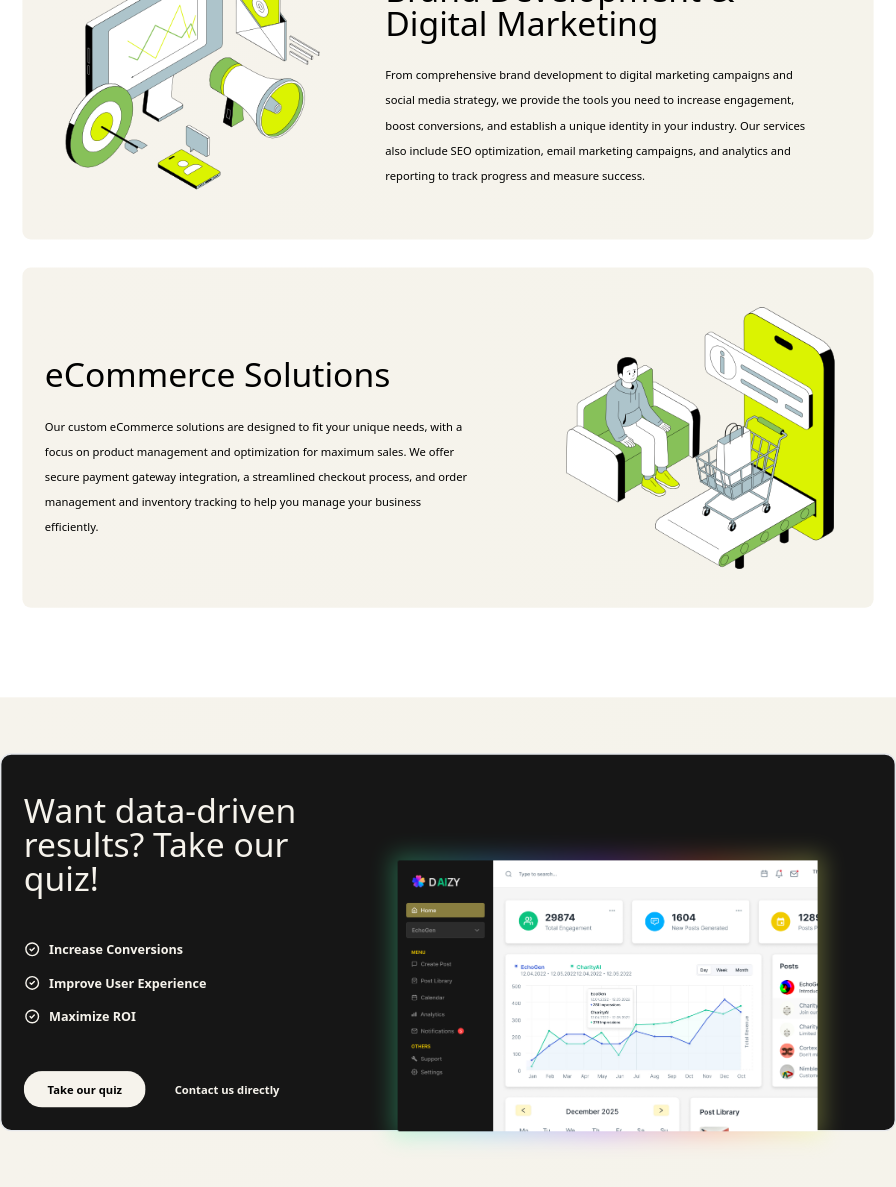
Repository: ornelasedward/mired_website
Page: /
These files come from the project's save history. The page is drawn as it stood at one moment and after the next save; the edit follows.
The browser window is 1280 px wide. The pictures show the part of the page from y = 2833 to 4753 px (the page is 4529 px tall before and 4753 px after), at 70% of full size.
The project was rebuilt for these pictures with package versions that can differ from the ones it lists, and the page was loaded fresh each time. The framework's server and built-in components were replaced by stand-ins that run in the browser. Also part of the build but not shown: next.config.js.

Above is the page before, as saved 2023-03-30 19:22:19.

### app/layout.tsx
import "./globals.css";

export const metadata = {
  title: "Mired",
  description: "Web design and development services",
};

export default function RootLayout({
  children,
}: {
  children: React.ReactNode;
}) {
  return (
    <html lang="en" className="bg-gradient-to-r from-[#F6F3EC] to-[#F5F3EB]">
      <body>{children}</body>
    </html>
  );
}

### app/page.tsx
import Header from "@/components/Header";
import Hero from "@/components/Hero";
import Services from "@/components/Services";
import CTA from "@/components/CTA";
import { Inter } from "next/font/google";
import Testimonial from "@/components/Testimonials";
import FAQ from "@/components/FAQ";
import Contact from "@/components/Contact";
import Footer from "@/components/Footer";

const inter = Inter({ subsets: ["latin"] });

export default function Home() {
  return (
    <main>
      <Hero />
      <Header />
      <Services />
      <CTA />
      {/* <Testimonial />
      <FAQ />
      <Contact />
      <Footer /> */}
    </main>
  );
}

### components/Header.tsx
export default function Header() {
  return (
    <section className="py-12 overflow-hidden sm:py-16 lg:py-20 xl:py-24">
      <div className="px-4 mx-auto max-w-7xl sm:px-6 lg:px-8">
        <div className="grid max-w-6xl grid-cols-1 mx-auto gap-y-12 lg:grid-cols-2 lg:gap-x-16 xl:gap-x-24">
          <div className="relative flex flex-col justify-between max-w-lg lg:py-12 lg:max-w-none">
            <div className="flex-1">
              <p className="text-sm font-normal tracking-widest uppercase">
                <span className="text-transparent bg-clip-text bg-gradient-to-r from-cyan-500 to-purple-500">
                  {" "}
                  Have a project in mind?{" "}
                </span>
              </p>
            </div>

            <div className="mt-6 lg:mt-auto">
              <h2 className="text-3xl font-normal text-black sm:text-4xl lg:text-5xl xl:text-6xl">
                We are dedicated to crafting websites that convert visitors into
                customers.
              </h2>
              <p className="mt-4 text-base font-normal text-black lg:max-w-xs sm:text-lg sm:mt-6">
                Sign up for a free consultation today and let our experts help
                you create a modern web design that focuses on increasing
                conversions and enhancing user experiences.
              </p>
            </div>
          </div>

          <div className="relative flex items-center justify-center">
            <div className="absolute right-1/4 transform translate-x-4 -translate-y-1/2 top-1/2 bg-gradient-to-br from-[#F7BE08] to-[#55F5A3] w-full h-full blur-2xl opacity-40" />

            <div className="relative overflow-hidden bg-white rounded-xl">
              <div className="p-6 sm:py-8 sm:px-9">
                <p className="text-xl font-normal text-black">
                  Let us know about your business & we will be in contact to
                  help you grow your business.
                </p>

                <form action="#" method="POST" className="mt-8 space-y-4">
                  <div>
                    <label for="" className="sr-only">
                      {" "}
                      Full name{" "}
                    </label>
                    <div>
                      <input
                        type="text"
                        name=""
                        id=""
                        placeholder="First & Last name"
                        className="block w-full px-5 py-4 text-base text-black placeholder-gray-500 bg-gray-200 rounded-md focus:border-black focus:ring-1 focus:ring-black"
                      />
                    </div>
                  </div>

                  <div>
                    <label for="" className="sr-only">
                      {" "}
                      Email address{" "}
                    </label>
                    <div>
                      <input
                        type="email"
                        name=""
                        id=""
                        placeholder="Email address"
                        className="block w-full px-5 py-4 text-base text-black placeholder-gray-500 bg-gray-200 rounded-md focus:border-black focus:ring-1 focus:ring-black"
                      />
                    </div>
                  </div>

                  <div>
                    <label for="" className="sr-only">
                      {" "}
                      Phone number{" "}
                    </label>
                    <div>
                      <input
                        type="tel"
                        name=""
                        id=""
                        placeholder="Phone number"
                        className="block w-full px-5 py-4 text-base text-black placeholder-gray-500 bg-gray-200 rounded-md focus:border-black focus:ring-1 focus:ring-black"
                      />
                    </div>
                  </div>

                  <div>
                    <label for="" className="sr-only">
                      {" "}
                      Message{" "}
                    </label>
                    <div>
                      <textarea
                        name=""
                        id=""
                        placeholder="Write your message"
                        rows="4"
                        className="block w-full px-5 py-4 text-base text-black placeholder-gray-500 bg-gray-200 rounded-md focus:border-black focus:ring-1 focus:ring-black"
                      ></textarea>
                    </div>
                  </div>

                  <div>
                    <div className="relative inline-flex mt-2 group">
                      <div className="absolute transition-all duration-200 rounded-[2rem] -inset-px bg-gradient-to-r from-cyan-500 to-purple-500 group-hover:shadow-lg group-hover:shadow-cyan-500/50"></div>
                      <button
                        type="button"
                        className="relative inline-flex items-center justify-center px-8 py-3 text-base font-normal text-white bg-black border border-transparent rounded-[2rem]"
                        role="button"
                      >
                        Send Message
                      </button>
                    </div>
                  </div>
                </form>
              </div>
            </div>
          </div>
        </div>
      </div>
    </section>
  );
}

### components/Services.tsx
import Image from "next/image";
import Laptop from "../images/Laptop.png";
import Ecom from "../images/Ecom.png";
import Marketing from "../images/Marketing.png";

export default function Services() {
  return (
    <div className="bg-white">
      <div className="relative px-4 mx-auto sm:px-6 lg:px-8 max-w-7xl">
        <div className="grid grid-cols-1 gap-10 lg:py-32 py-20">
          <div className="bg-gradient-to-r from-[#F6F3EC] to-[#F5F3EB] rounded-xl">
            <div className="grid md:grid-cols-5 grid-cols-1">
              <div className="col-span-3 flex items-center max-w-2xl">
                <div className="px-8 pt-8 flex flex-col lg:gap-8 gap-6 lg:max-w-2xl">
                  <h1 className="xl:text-5xl lg:text-4xl sm:text-2xl text-3xl font-normal text-black">
                    Web Design & Development
                  </h1>
                  <p className="text-md font-light lg:leading-9 md:leading-6 leading-9">
                    Our agency specializes in creating high-converting modern
                    website designs that are optimized for user experience. We
                    offer a range of services including UX research, UI
                    designing, web development, and API integrations, as well as
                    ongoing maintenance and support to ensure optimal website
                    performance on all devices.
                  </p>
                </div>
              </div>
              <div className="col-span-2">
                <Image
                  className="m-auto"
                  src={Laptop}
                  alt=""
                  width={500}
                  height={500}
                />
              </div>
            </div>
          </div>

          <div className="bg-gradient-to-r from-[#F6F3EC] to-[#F5F3EB] rounded-xl">
            <div className="grid md:grid-cols-5 grid-cols-1">
              <div className="col-span-2 md:block hidden">
                <Image
                  className="m-auto"
                  src={Marketing}
                  alt=""
                  width={500}
                  height={500}
                />
              </div>
              <div className="col-span-3 flex items-center max-w-2xl">
                <div className="px-8 pt-8 flex flex-col lg:gap-8 gap-6 lg:max-w-2xl">
                  <h1 className="xl:text-5xl lg:text-4xl sm:text-2xl text-3xl font-normal text-black">
                    Brand Development & Digital Marketing
                  </h1>
                  <p className="text-md font-light lg:leading-9 md:leading-6 leading-9">
                    From comprehensive brand development to digital marketing
                    campaigns and social media strategy, we provide the tools
                    you need to increase engagement, boost conversions, and
                    establish a unique identity in your industry. Our services
                    also include SEO optimization, email marketing campaigns,
                    and analytics and reporting to track progress and measure
                    success.
                  </p>
                </div>
              </div>
              <div className="col-span-2 md:hidden block">
                <Image
                  className="m-auto"
                  src={Marketing}
                  alt=""
                  width={500}
                  height={500}
                />
              </div>
            </div>
          </div>

          <div className="bg-gradient-to-r from-[#F6F3EC] to-[#F5F3EB] rounded-xl">
            <div className="grid md:grid-cols-5 grid-cols-1">
              <div className="col-span-3 flex items-center max-w-2xl">
                <div className="px-8 pt-8 flex flex-col lg:gap-8 gap-6 lg:max-w-2xl">
                  <h1 className="xl:text-5xl lg:text-4xl sm:text-2xl text-3xl font-normal text-black">
                    eCommerce Solutions
                  </h1>
                  <p className="text-md font-light lg:leading-9 md:leading-6 leading-9">
                    Our custom eCommerce solutions are designed to fit your
                    unique needs, with a focus on product management and
                    optimization for maximum sales. We offer secure payment
                    gateway integration, a streamlined checkout process, and
                    order management and inventory tracking to help you manage
                    your business efficiently.
                  </p>
                </div>
              </div>
              <div className="col-span-2">
                <Image
                  className="m-auto"
                  src={Ecom}
                  alt=""
                  width={500}
                  height={500}
                />
              </div>
            </div>
          </div>
        </div>
      </div>
    </div>
  );
}

### components/CTA.tsx
import Image from "next/image";
import Dashboard from "../images/dashboard.png";

export default function Component() {
  return (
    <div>
      <section className="relative py-12 overflow-hidden sm:py-16 lg:py-20">
        <div className="px-4 mx-auto max-w-7xl sm:px-6 lg:px-8 border-2 rounded-2xl bg-[#161616]">
          <div className="mt-16 absolute bottom-0 right-0 md:translate-x-28 translate-x-72 md:translate-y-12 lg:hidden">
            <div className="relative">
              <div className="absolute -inset-2">
                <div
                  className="w-full h-full mx-auto opacity-30 blur-lg filter"
                  style={{
                    background:
                      "linear-gradient(90deg, #44ff9a -0.55%, #44b0ff 22.86%, #8b44ff 48.36%, #ff6644 73.33%, #ebff70 99.34%)",
                  }}
                ></div>
              </div>

              <div className="relative">
                <div className="aspect-w-16 aspect-h-12 lg:aspect-none">
                  <Image
                    className="object-cover object-left-top w-[600px] h-full lg:max-w-4xl 2xl:max-w-5xl"
                    src={Dashboard}
                    alt=""
                  />
                </div>
              </div>
            </div>
          </div>
          <div className="text-center lg:w-1/2 xl:w-2/5 lg:text-left lg:pr-8 py-8">
            <h2 className="mt-6 lg:mb-0 mb-32 font-regular text-[#F6F3EC] text-5xl font-pj">
              Want data-driven results? Take our quiz!
            </h2>

            <ul className="space-y-5 lg:mt-16">
              <li className="flex items-center text-[#F6F3EC] justify-start">
                <svg
                  className="w-6 h-6"
                  xmlns="http://www.w3.org/2000/svg"
                  fill="none"
                  viewBox="0 0 24 24"
                  stroke="currentColor"
                >
                  <path
                    stroke-linecap="round"
                    stroke-linejoin="round"
                    stroke-width="2"
                    d="M9 12l2 2 4-4m6 2a9 9 0 11-18 0 9 9 0 0118 0z"
                  />
                </svg>
                <span className="ml-3 text-lg font-bold font-pj">
                  {" "}
                  Increase Conversions
                </span>
              </li>

              <li className="flex items-center text-[#F6F3EC] justify-start">
                <svg
                  className="w-6 h-6"
                  xmlns="http://www.w3.org/2000/svg"
                  fill="none"
                  viewBox="0 0 24 24"
                  stroke="currentColor"
                >
                  <path
                    stroke-linecap="round"
                    stroke-linejoin="round"
                    stroke-width="2"
                    d="M9 12l2 2 4-4m6 2a9 9 0 11-18 0 9 9 0 0118 0z"
                  />
                </svg>
                <span className="ml-3 text-lg font-bold font-pj">
                  {" "}
                  Improve User Experience
                </span>
              </li>

              <li className="flex items-center text-[#F6F3EC] justify-start">
                <svg
                  className="w-6 h-6"
                  xmlns="http://www.w3.org/2000/svg"
                  fill="none"
                  viewBox="0 0 24 24"
                  stroke="currentColor"
                >
                  <path
                    stroke-linecap="round"
                    stroke-linejoin="round"
                    stroke-width="2"
                    d="M9 12l2 2 4-4m6 2a9 9 0 11-18 0 9 9 0 0118 0z"
                  />
                </svg>
                <span className="ml-3 text-lg font-bold font-pj">
                  {" "}
                  Maximize ROI
                </span>
              </li>
            </ul>

            <div className="flex flex-col items-center justify-start sm:flex-row mt-16 sm:space-x-5">
              <a
                href="#"
                title=""
                className="
                        relative
                        inline-flex
                        items-center
                        justify-center
                        w-48
                        px-8
                        py-3
                        text-base
                        font-bold
                        text-black
                        transition-all
                        duration-200
                        bg-[#F6F3EC]
                        border-2 border-transparent
                        sm:w-auto
                        focus:outline-none focus:ring-2 focus:ring-offset-2 focus:ring-gray-900
                        font-pj
                        hover:bg-opacity-90
                        rounded-[2rem]
                    "
                role="button"
              >
                Take our quiz
              </a>

              <a
                href="#"
                title=""
                className="
                        lg:inline-flex
                        items-center
                        justify-center
                        w-48
                        px-2
                        py-3
                        mt-5
                        text-base
                        font-bold
                        text-[#F6F3EC]
                        transition-all
                        duration-200
                        border-2 border-transparent
                        sm:w-autojustify-center sm:mt-0
                        rounded-[2rem]
                        font-pj
                        focus:outline-none focus:ring-2 focus:ring-offset-2 focus:ring-gray-900
                        focus:bg-transparent
                        hover:text-white
                        focus:text-white
                        hover:border-white
                        focus:border-gray-900
                        hidden
                    "
                role="button"
              >
                Contact us directly
              </a>
            </div>
          </div>
        </div>

        <div className="mt-16 translate-x-12 lg:absolute lg:bottom-0 lg:right-0 lg:-translate-y-20 lg:-translate-x-38 xl:-translate-x-28 hidden lg:block">
          <div className="relative">
            <div className="absolute -inset-2">
              <div
                className="w-full h-full mx-auto opacity-30 blur-lg filter"
                style={{
                  background:
                    "linear-gradient(90deg, #44ff9a -0.55%, #44b0ff 22.86%, #8b44ff 48.36%, #ff6644 73.33%, #ebff70 99.34%)",
                }}
              ></div>
            </div>

            <div className="relative">
              <div className="aspect-w-16 aspect-h-12 lg:aspect-none">
                <Image
                  className="object-cover object-left-top w-[600px] h-full lg:max-w-4xl 2xl:max-w-5xl"
                  src={Dashboard}
                  alt=""
                />
              </div>
            </div>
          </div>
        </div>
      </section>
    </div>
  );
}

Loaded but not shown: app/globals.css (common file); tailwind.config.js (common file); components/Hero.tsx (254 lines, source omitted)

After the next save:
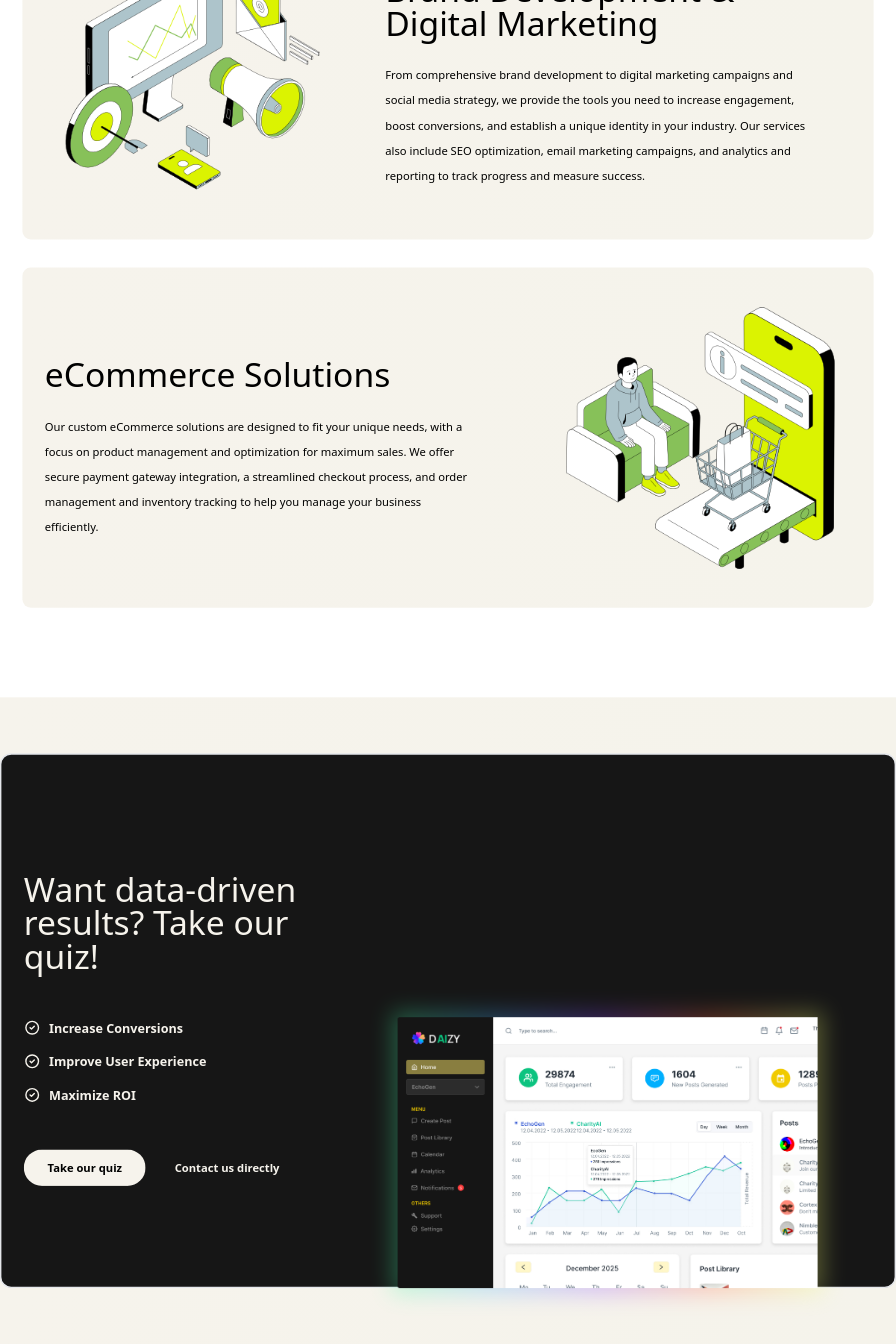
Saved 22 s later.
--- a/components/CTA.tsx
+++ b/components/CTA.tsx
@@ -29,7 +29,7 @@
               </div>
             </div>
           </div>
-          <div className="text-center lg:w-1/2 xl:w-2/5 lg:text-left lg:pr-8 py-8">
+          <div className="text-center lg:w-1/2 xl:w-2/5 lg:text-left lg:pr-8 py-36">
             <h2 className="mt-6 lg:mb-0 mb-32 font-regular text-[#F6F3EC] text-5xl font-pj">
               Want data-driven results? Take our quiz!
             </h2>

After the save that followed:
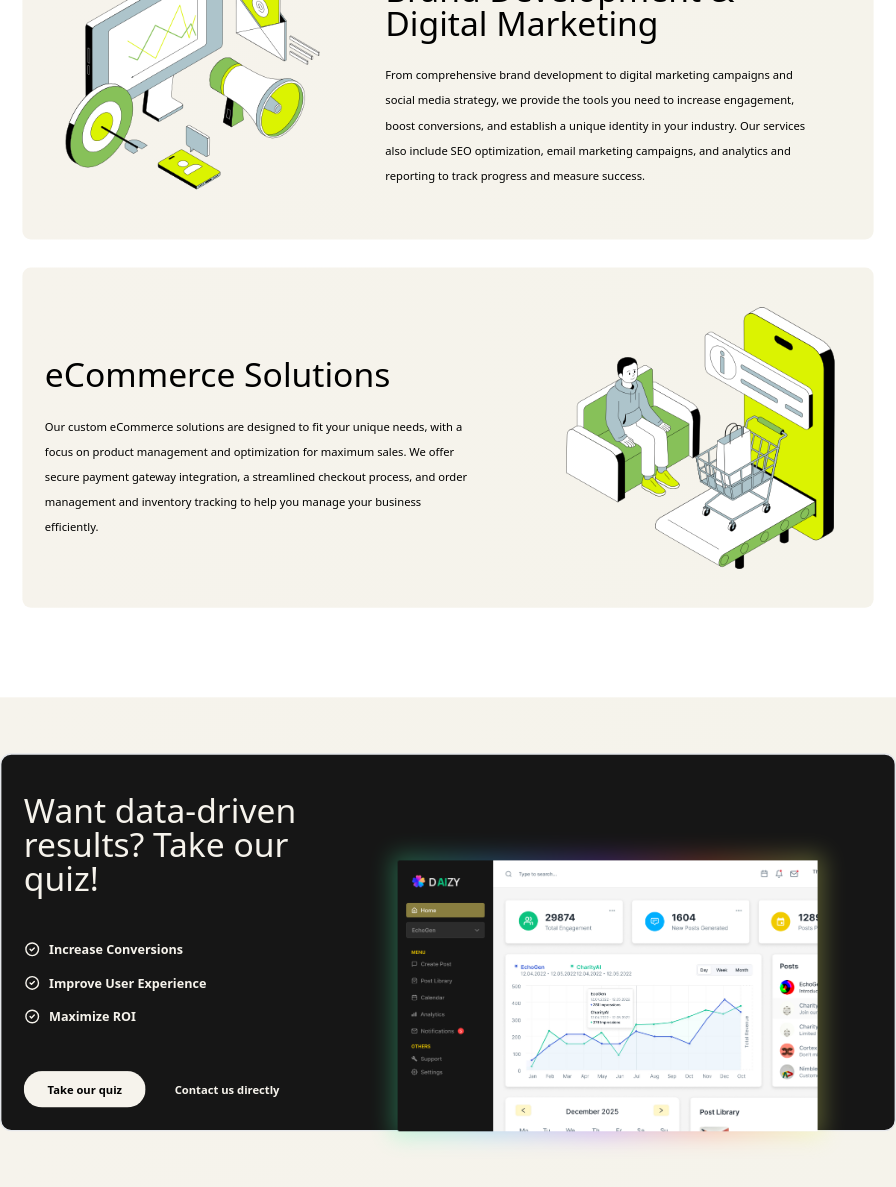
Saved 23 s later.
--- a/components/CTA.tsx
+++ b/components/CTA.tsx
@@ -29,7 +29,7 @@
               </div>
             </div>
           </div>
-          <div className="text-center lg:w-1/2 xl:w-2/5 lg:text-left lg:pr-8 py-36">
+          <div className="text-center lg:w-1/2 xl:w-2/5 lg:text-left lg:pr-8 py-8">
             <h2 className="mt-6 lg:mb-0 mb-32 font-regular text-[#F6F3EC] text-5xl font-pj">
               Want data-driven results? Take our quiz!
             </h2>
